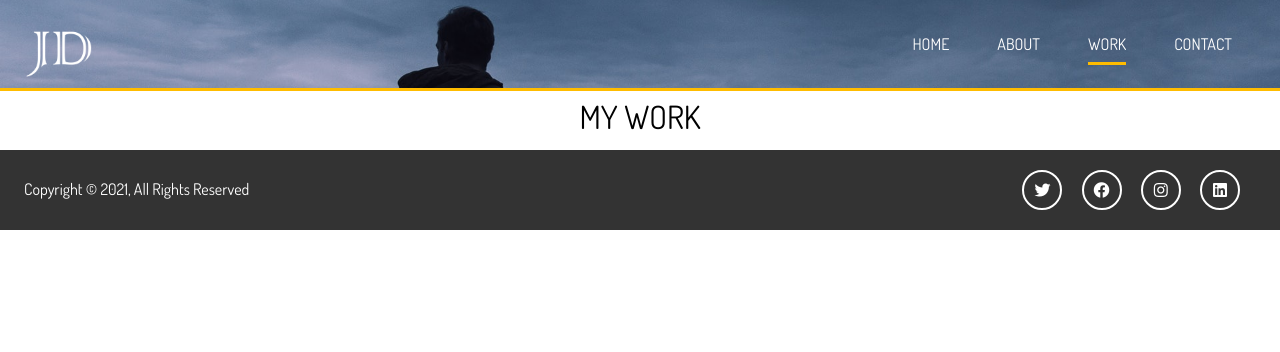
Repository: minhtien9/Portfolio_Website
Page: diet/work.html
These files come from the project's save history. The page is drawn as it stood at one moment and after the next save; the edit follows.
The browser window is 1280 px wide. The pictures show the whole page.

Above is the page before, as saved 2021-08-29 12:13:01.

### diet/work.html
<!DOCTYPE html>
<html lang="en">
  <head>
    <meta charset="UTF-8" />
    <meta http-equiv="X-UA-Compatible" content="IE=edge" />
    <meta name="viewport" content="width=device-width, initial-scale=1.0" />
    <link
      rel="stylesheet"
      href="https://cdnjs.cloudflare.com/ajax/libs/font-awesome/5.15.4/css/all.min.css"
      integrity="sha512-1ycn6IcaQQ40/MKBW2W4Rhis/DbILU74C1vSrLJxCq57o941Ym01SwNsOMqvEBFlcgUa6xLiPY/NS5R+E6ztJQ=="
      crossorigin="anonymous"
      referrerpolicy="no-referrer"
    />
    <link
      href="https://fonts.googleapis.com/css2?family=Dosis&display=swap"
      rel="stylesheet"
    />
    <link rel="stylesheet" href="css/style.css" />
    <title>About Me || UI/UX Designer & Photographer</title>
  </head>
  <body>
    <!-- Header -->
    <header id="header-inner">
      <div class="container">
        <nav id="main-nav">
          <img src="img/logo.png" alt="My Portfolio" id="logo" />
          <ul>
            <li><a href="index.html">Home</a></li>
            <li><a href="about.html">About</a></li>
            <li><a href="work.html" class="current">Work</a></li>
            <li><a href="contact.html">Contact</a></li>
          </ul>
        </nav>
      </div>
    </header>
    <!-- Section A: Gallery -->
    <section id="work-a" class="text-center" py-3>
      <div class="container">
        <h2 class="section-title">My Work</h2>
      </div>
    </section>
    <!-- Footer -->
    <footer id="main-footer">
      <div class="footer-content container">
        <p>Copyright &copy; 2021, All Rights Reserved</p>
        <div class="social">
          <i class="fab fa-twitter"></i>
          <i class="fab fa-facebook"></i>
          <i class="fab fa-instagram"></i>
          <i class="fab fa-linkedin"></i>
        </div>
      </div>
    </footer>

    <!-- <script src="js/typewriter.js"></script> -->
  </body>
</html>

### diet/css/style.css
.container {
  max-width: 1280px;
  padding: 0 1.5rem;
  margin: auto;
  overflow: hidden;
}

.btn-dark, .btn-light, .btn-main {
  display: inline-block;
  padding: 0.8rem 2rem;
  transition: all 0.5s;
  border: none;
  cursor: pointer;
}

.btn-main {
  color: #333;
  background-color: #ffbc00;
}
.btn-light {
  color: #333;
  background-color: #f4f4f4;
}
.btn-dark {
  color: #f4f4f4;
  background-color: #333;
}

button[class^=btn-]:hover,
a[class^=btn-]:hover,
input[class^=btn-]:hover {
  background-color: #ffbc00;
}

.bg-main {
  background: #ffbc00;
  color: #fff;
}
.bg-dark {
  background: #333;
  color: #fff;
}
.bg-light {
  background: #f4f4f4;
  color: #000;
}
.bg-medium {
  background: #ccc;
  color: #000;
}

.lead {
  font-size: 1.3rem;
  margin-bottom: 2rem;
}

.text-center {
  text-align: center;
}

.py-1 {
  padding: 1rem 0;
}
.py-2 {
  padding: 2rem 0;
}
.py-3 {
  padding: 3rem 0;
}
.py-4 {
  padding: 4rem 0;
}

.ny-1 {
  margin: 1rem 0;
}
.ny-2 {
  margin: 2rem 0;
}
.ny-3 {
  margin: 3rem 0;
}
.ny-4 {
  margin: 4rem 0;
}

.section-title {
  font-size: 2rem;
  display: block;
  padding-bottom: 0.5rem;
  text-align: center;
  font-weight: 100;
  text-transform: uppercase;
}

.bottom-line {
  height: 2px;
  width: 3rem;
  background: #ffbc00;
  display: block;
  margin: 0 auto 1rem auto;
}

.items {
  display: grid;
  grid-template-columns: repeat(3, 1fr);
  box-shadow: 0 5px 10px 0 rgba(0, 0, 0, 0.3);
}

.item {
  position: relative;
  background: #ffbc00;
  overflow: hidden;
}
.item:after {
  content: "";
  position: absolute;
  display: block;
  background: inherit;
  opacity: 0.9;
  top: 0;
  left: 0;
  width: 100%;
  height: 100%;
  transform: scale(2) translateX(-75%) translateY(-75%) rotate(-28deg);
  transition: transform 3s cubic-bezier(0.2, 1, 0.3, 1);
}
.item:hover:after {
  transform: scale(2) translateX(0) translateY(0) rotate(-28deg);
}
.item:hover .item-image {
  transform: scale(1.2);
}
.item:hover .item-text {
  opacity: 1;
  transform: translateY(0);
}
.item-image {
  height: auto;
  transform: translateZ(0);
  display: block;
  transition: transform 750ms cubic-bezier(0.2, 1, 0.3, 1);
}
.item-image:before {
  content: "";
  display: block;
  padding-top: 75%;
  overflow: hidden;
}
.item-image img {
  position: absolute;
  top: 0;
  left: 0;
  width: 100%;
  height: auto;
  line-height: 0;
}
.item-text {
  position: absolute;
  top: 0;
  left: 0;
  bottom: 0;
  right: 0;
  opacity: 0;
  text-align: center;
  z-index: 1;
  color: #fff;
  transform: translateY(-20%);
  transition: opacity 500ms cubic-bezier(0.2, 1, 0.3, 1), transform 500ms cubic-bezier(0.2, 1, 0.3, 1);
  transition-delay: 300ms;
}
.item-text-wrap {
  position: absolute;
  width: 100%;
  top: 50%;
  transform: translateY(-50%);
}
.item-text-title {
  font-size: 2rem;
  padding: 0 1rem;
  margin: 5px 0 0 0;
}
.item-text-category {
  text-transform: uppercase;
  font-size: 1.2rem;
  opacity: 0.7;
  margin: 0;
}

* {
  margin: 0;
  padding: 0;
}

body {
  font-family: "Dosis", sans-serif;
  line-height: 1.6;
  background: #fff;
}

a {
  text-decoration: none;
  color: #333;
}

ul {
  list-style: none;
}

h2,
h3,
h4 {
  text-transform: uppercase;
}

img {
  width: 100%;
}

#logo {
  width: 70px;
  height: 70px;
  color: #fff;
  text-transform: uppercase;
}

#main-nav {
  display: flex;
  justify-content: space-between;
  padding-top: 1rem;
}
#main-nav ul {
  display: flex;
}
#main-nav li {
  padding: 1rem 1.5rem;
}
#main-nav a {
  text-decoration: none;
  color: #fff;
  text-transform: uppercase;
  border-bottom: 3px transparent solid;
  padding-bottom: 0.5rem;
  transition: border-color 0.5s;
}
#main-nav a:hover {
  border-color: #ccc;
}
#main-nav a.current {
  border-color: #ffbc00;
}

#header-home {
  background: url("../img/showcase.jpg") no-repeat center right/cover;
  height: 100vh;
  color: #fff;
}
#header-home .header-content {
  text-align: center;
  padding-top: 20%;
}
#header-home .header-content h1 {
  font-size: 4rem;
  line-height: 1.2;
}
#header-inner {
  background: url("../img/showcase.jpg") no-repeat 20% 30%/cover;
  height: 5.5rem;
  border-bottom: 3px solid #ffbc00;
}

#home-a .specials {
  margin-top: 3rem;
  display: grid;
  grid-gap: 1rem;
  grid-template-columns: repeat(4, 1fr);
}
#home-a .specials .fas {
  color: #ffbc00;
  padding-bottom: 0.4rem;
}
#home-b .stats {
  display: grid;
  grid-template-columns: repeat(4, 1fr);
}
#home-b .stats li {
  line-height: 2;
}
#home-b .stats li.stats-title {
  font-size: 1.5rem;
}
#home-b .stats li.stats-number {
  font-size: 2rem;
  font-weight: bold;
}
#home-b .stats div {
  padding: 3rem 0;
}
#home-b .stats div:nth-child(odd) {
  background: #f4f4f4;
}
#home-b .stats div:nth-child(even) {
  background: #ccc;
}
#home-c .process {
  display: grid;
  grid-template-columns: repeat(4, 1fr);
  grid-gap: 1.5rem;
  text-align: center;
}
#home-c .process-step {
  position: absolute;
  top: 0;
  right: 0;
  font-size: 28px;
  background: #ffbc00;
  color: #fff;
  border-radius: 50%;
  height: 15px;
  width: 15px;
  line-height: 15px;
  padding: 1rem;
  transition: all 1s;
}
#home-c .process-icon {
  border-radius: 50%;
  background: #333;
  color: #fff;
  padding: 2rem;
  width: 70px;
  height: 70px;
  line-height: 70px;
  text-align: center;
  position: relative;
  transition: all 1s;
}
#home-c .process-icon:hover {
  background: #ffbc00;
  width: 90px;
  height: 90px;
  line-height: 90px;
}
#home-c .process-icon:hover .process-step {
  background: #333;
  color: #fff;
}

#about-a .about-info {
  display: grid;
  grid-template-areas: "bioimage bio bio" "aw1 aw2 aw3";
  grid-gap: 1.2rem;
}
#about-a .bio-image {
  grid-area: bioimage;
}
#about-a .bio {
  grid-area: bio;
  border-left: 3px solid #ffbc00;
  padding: 0.8rem;
}
#about-a .award-1 {
  grid-area: aw1;
}
#about-a .award-2 {
  grid-area: aw2;
}
#about-a .award-3 {
  grid-area: aw3;
}
#about-a .award-1 .fas,
#about-a .award-2 .fas,
#about-a .award-3 .fas {
  color: #ffbc00;
  margin: 1rem;
}
#about-b .progress {
  overflow: hidden;
  height: 20px;
  background: #ccc;
  border-radius: 5px;
  margin-bottom: 0.6rem;
}
#about-b .progress div {
  height: 100%;
  color: #fff;
  text-align: center;
  background: #ffbc00;
}
#about-c .about-logos {
  display: grid;
  grid-template-columns: repeat(4, 1fr);
  grid-gap: 2rem;
}
#about-c .about-logos img {
  width: 70%;
}
#about-d .testimonials {
  display: grid;
  grid-template-columns: repeat(4, 1fr);
  grid-gap: 0.5rem;
}
#about-d .testimonials ul {
  list-style: none;
  margin-top: 1rem;
  display: flex;
  align-items: center;
}
#about-d .testimonials p {
  border: 1px solid #ccc;
  border-radius: 5px;
  padding: 0.5rem;
}
#about-d .testimonials img {
  width: 50px;
  height: 50px;
  border-radius: 50%;
  margin-right: 0.5rem;
}

#contact-a .text-fields {
  display: grid;
  grid-template-areas: "name email" "subject phone" "message message";
  grid-gap: 1.2rem;
  margin-bottom: 1.2rem;
}
#contact-a .text-fields .name-input {
  grid-area: name;
}
#contact-a .text-fields .subject-input {
  grid-area: subject;
}
#contact-a .text-fields .email-input {
  grid-area: email;
}
#contact-a .text-fields .phone-input {
  grid-area: phone;
}
#contact-a .text-fields .message-input {
  grid-area: message;
  height: 100px;
}
#contact-a .text-fields .text-input {
  padding: 0.5rem 1rem;
}
#contact-a button[type=submit] {
  width: 50%;
}
#contact-b .contact-info {
  display: grid;
  grid-template-columns: repeat(3, 1fr);
  text-align: center;
}
#contact-c h1 {
  text-align: center;
  font-size: 4rem;
}

#main-footer {
  background: #333;
  color: #fff;
  height: 5rem;
}
#main-footer .footer-content {
  display: flex;
  justify-content: space-between;
  height: 5rem;
  align-items: center;
}
#main-footer .footer-content .social .fab {
  margin-right: 1rem;
  border: 2px solid #fff;
  border-radius: 50%;
  height: 20px;
  width: 20px;
  line-height: 20px;
  text-align: center;
  padding: 0.5rem;
}
#main-footer .footer-content .social .fab:hover {
  background: #ffbc00;
  cursor: pointer;
}

@media (max-width: 800px) {
  #header-home {
    height: 30rem;
  }
  #header-home .header-content {
    padding-top: 5rem;
  }
}
@media (max-width: 500px) {
  #main-nav {
    flex-direction: column;
    align-items: center;
  }
  #main-nav li {
    padding: 1rem;
  }

  #header-home {
    height: 10rem;
    border-bottom: 3px solid #ffbc00;
    background-position: 20% 30%;
  }
  #header-home .header-content {
    display: none;
  }
  #header-inner {
    height: 10rem;
  }

  #home-a .specials,
#home-b .stats,
#home-c .process,
#about-d .testimonials,
#contact-b .contact-info,
.items {
    grid-template-columns: 1fr;
  }

  #home-a .specials div {
    border-bottom: 1px #f4f4f4 solid;
    padding-bottom: 1rem;
  }
  #home-a .specials div:last-child {
    border: none;
    padding-bottom: 0;
  }
  #home-b .stats div {
    padding: 2rem 0 1rem 0;
  }

  #about-a .about-info {
    grid-template-areas: "bioimage" "bio" "aw1" "aw2" "aw3";
  }
  #about-c {
    display: none;
  }

  #contact-a .text-fields {
    grid-template-areas: "name" "subject" "email" "phone" "message";
  }
  #contact-b div {
    margin-bottom: 1rem;
    padding-bottom: 1rem;
    border-bottom: 1px solid #555;
  }
  #contact-b div:last-child {
    border: none;
    margin-bottom: 0;
    padding-bottom: 0;
  }
  #contact-c h1 {
    font-size: 2rem;
  }

  #main-footer {
    height: 7rem;
  }
  #main-footer .footer-content {
    flex-direction: column;
    padding: 1rem;
    height: 5rem;
  }
}
@media (max-height: 580px) {
  #header-home .header-content {
    padding-top: 3rem;
  }
}
@media (max-height: 330px) {
  #header-home .header-content h1 {
    font-size: 2rem;
  }
}

/*# sourceMappingURL=style.css.map */

After the next save:
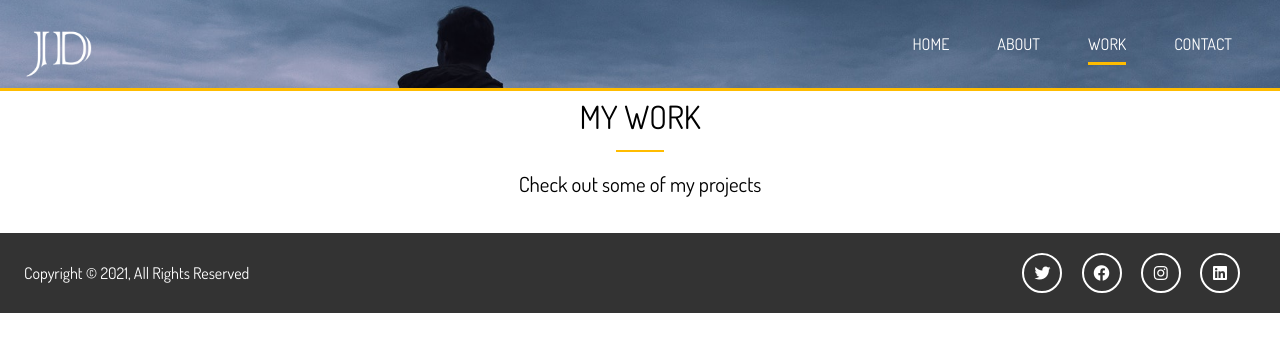
Saved 20 s later.
--- a/diet/work.html
+++ b/diet/work.html
@@ -37,6 +37,8 @@
     <section id="work-a" class="text-center" py-3>
       <div class="container">
         <h2 class="section-title">My Work</h2>
+        <div class="bottom-line"></div>
+        <p class="lead">Check out some of my projects</p>
       </div>
     </section>
     <!-- Footer -->
